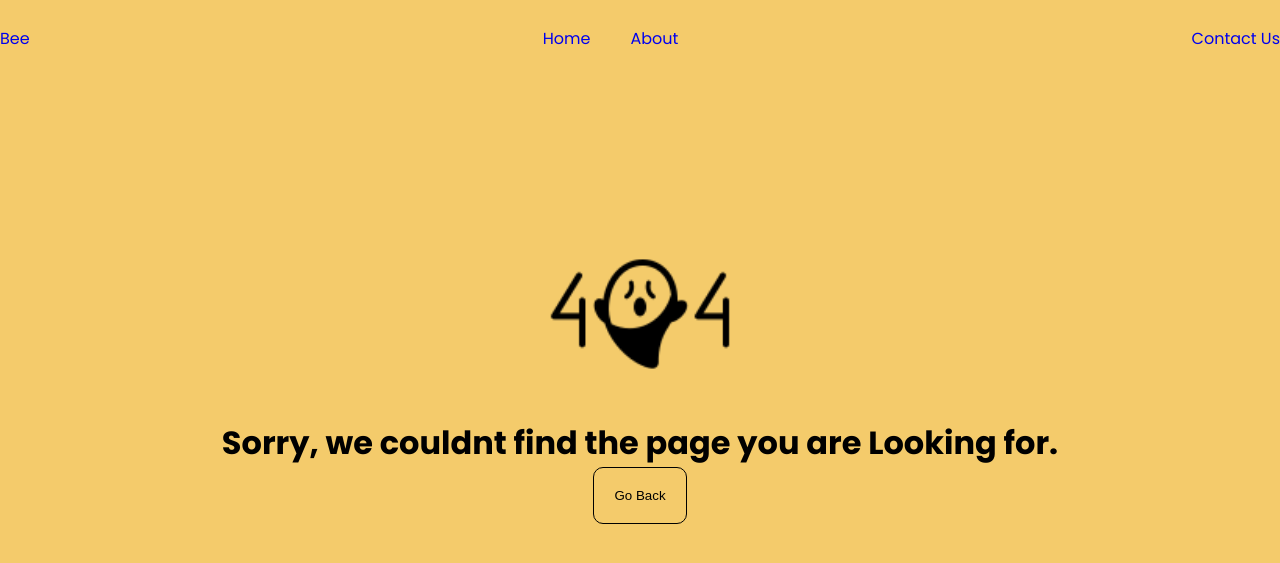
Repository: ble-syn/Random-user-generator-app
Page: /not-found
These files come from the project's save history. The page is drawn as it stood at one moment and after the next save; the edit follows.
The browser window is 1280 px wide. The pictures show the whole page.
The project was rebuilt for these pictures with package versions that can differ from the ones it lists, and the page was loaded fresh each time. Also part of the build but not shown: src/components/pagination.jsx, src/components/ErrorFallback.jsx, src/components/User.jsx, src/pages/Home.jsx, src/pages/About.jsx, src/pages/Policy.jsx, src/pages/Terms.jsx, src/pages/Contact.jsx.

Above is the page before, as saved 2022-10-28 17:37:48.

After the next save:
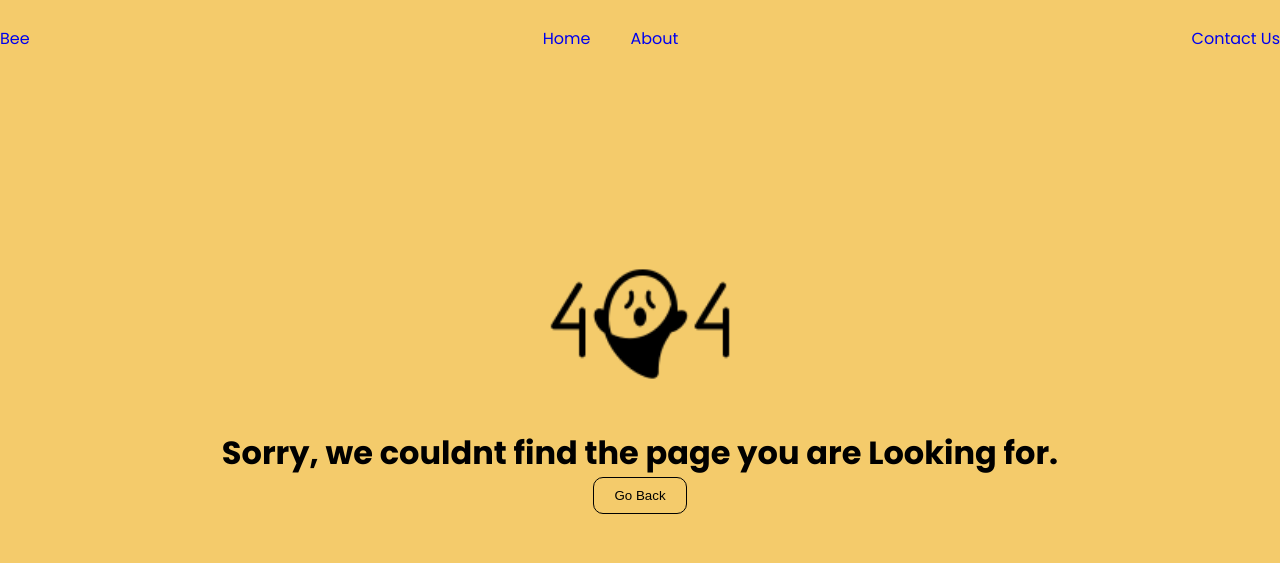
Saved 9 s later.
--- a/src/index.css
+++ b/src/index.css
@@ -170,7 +170,7 @@
   border: none;
 }
 .notfound button {
-  padding: 20px;
+  padding:10px 20px;
   background: none;
   border-radius: 10px;
   border: 1px solid black;

After the save that followed:
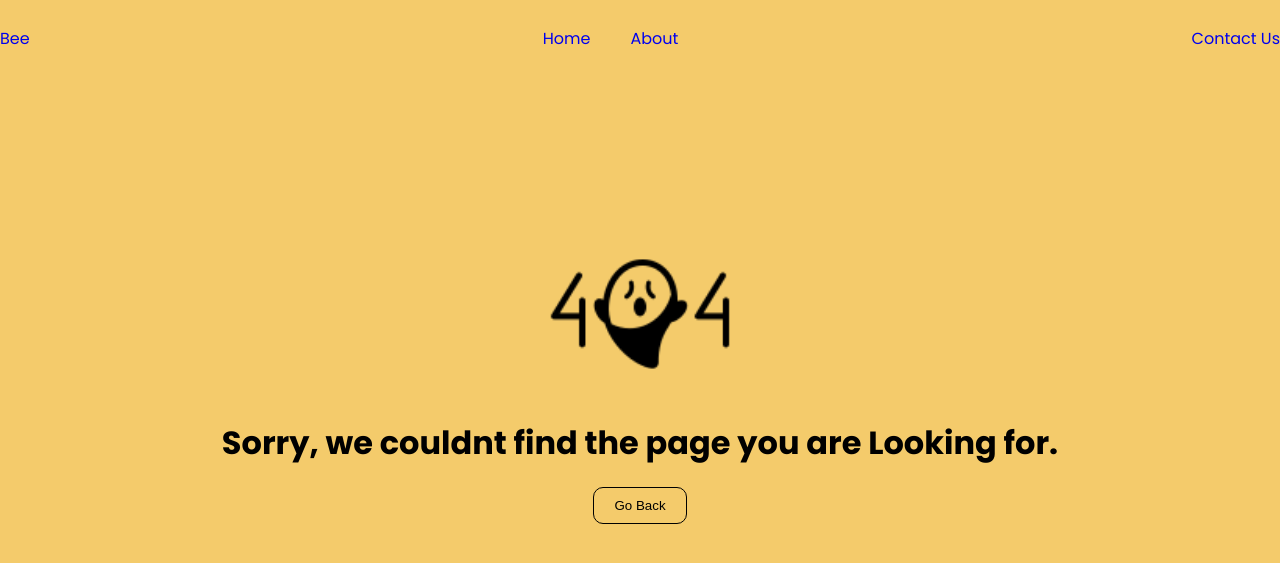
Saved 4 s later.
--- a/src/index.css
+++ b/src/index.css
@@ -170,6 +170,7 @@
   border: none;
 }
 .notfound button {
+  margin-top: 20px;
   padding:10px 20px;
   background: none;
   border-radius: 10px;
